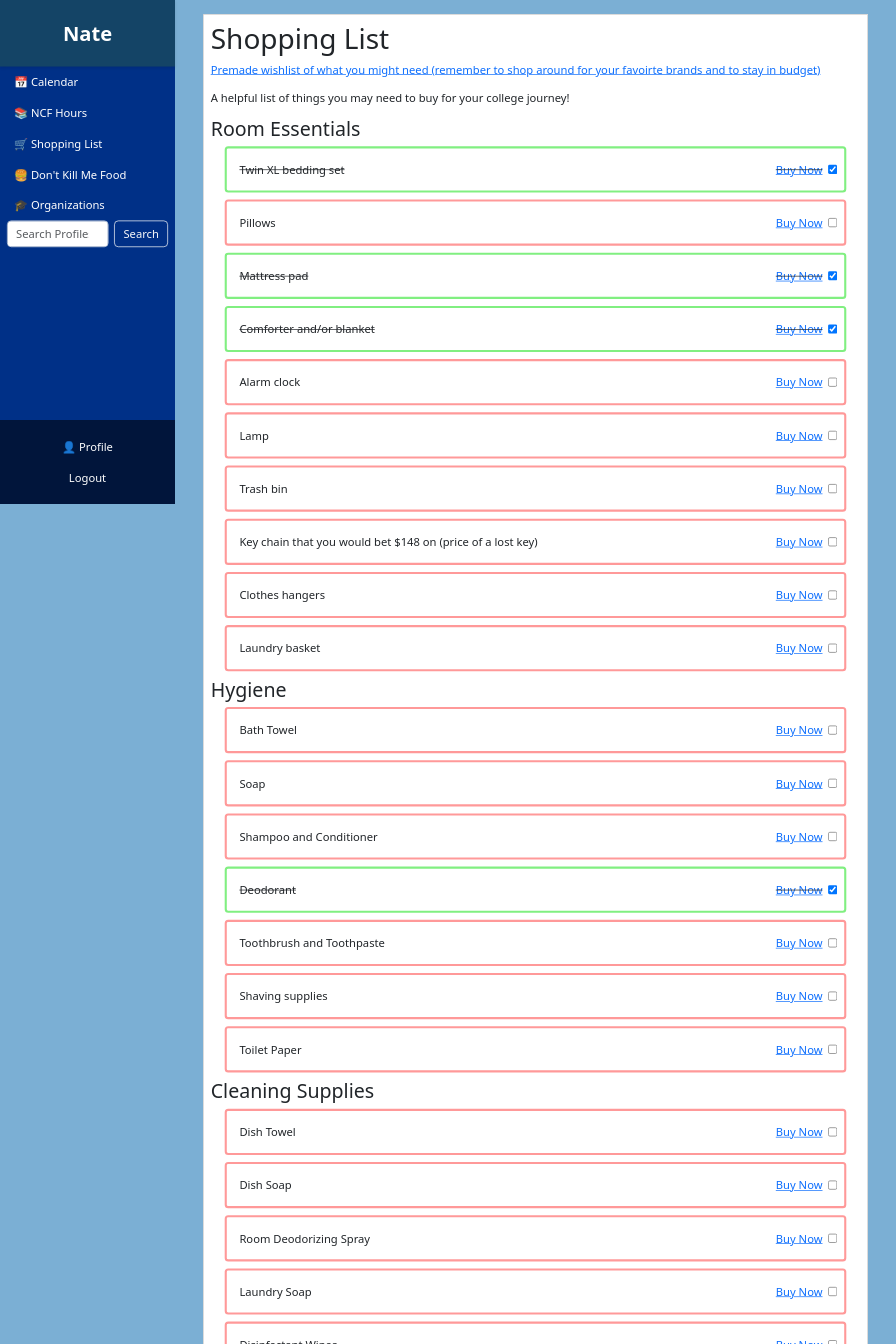
Repository: NateClarkTech/SoftwareEngineeringProject2
Page: http://localhost/shoppinglist/
These files come from the project's save history. The page is drawn as it stood at one moment and after the next save; the edit follows.
The browser window is 1280 px wide. The pictures show the part of the page from y = 0 to 1920 px (the page is 4375 px tall before and 4273 px after), at 70% of full size.
The page is served by the project's application, run on Django 5.2 (manage.py). The first stored user is signed in. The page reads the database file committed with the project.

Above is the page before, as saved 2024-03-12 17:54:52.

After the next save:
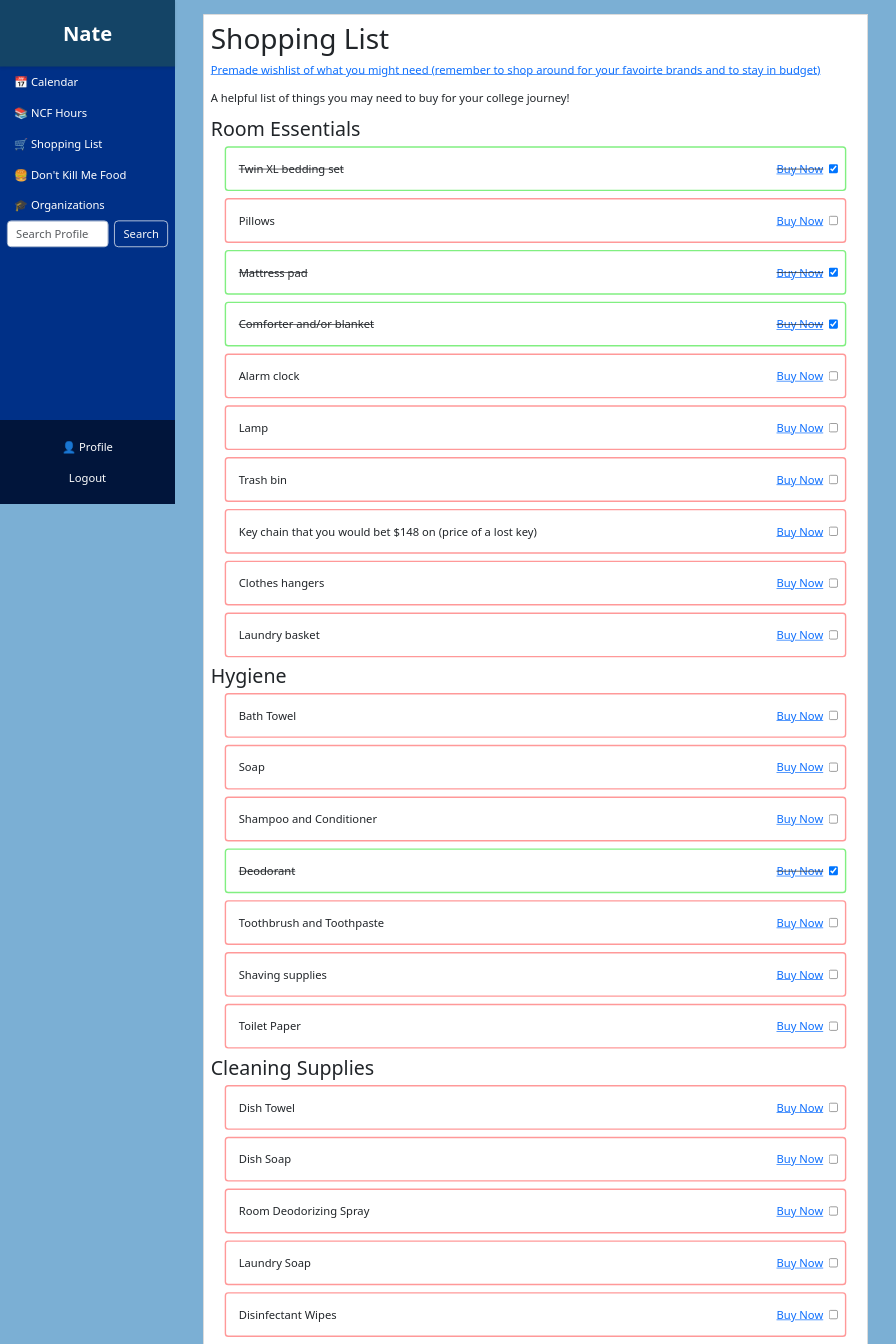
Saved 45 s later.
--- a/ShoppingList/templates/shoppinglist.html
+++ b/ShoppingList/templates/shoppinglist.html
@@ -19,14 +19,14 @@
         text-decoration: line-through;
         border-color: #81ef81;
         border-radius: 5px;
-        border-width: 3px;
+        border-width: 2px;
     }
 
     .not-checked {
         text-decoration: none;
         border-color: #ff9999;
         border-radius: 5px;
-        border-width: 3px;
+        border-width: 2px;
     }
 </style>
 {% endblock %}

After the save that followed:
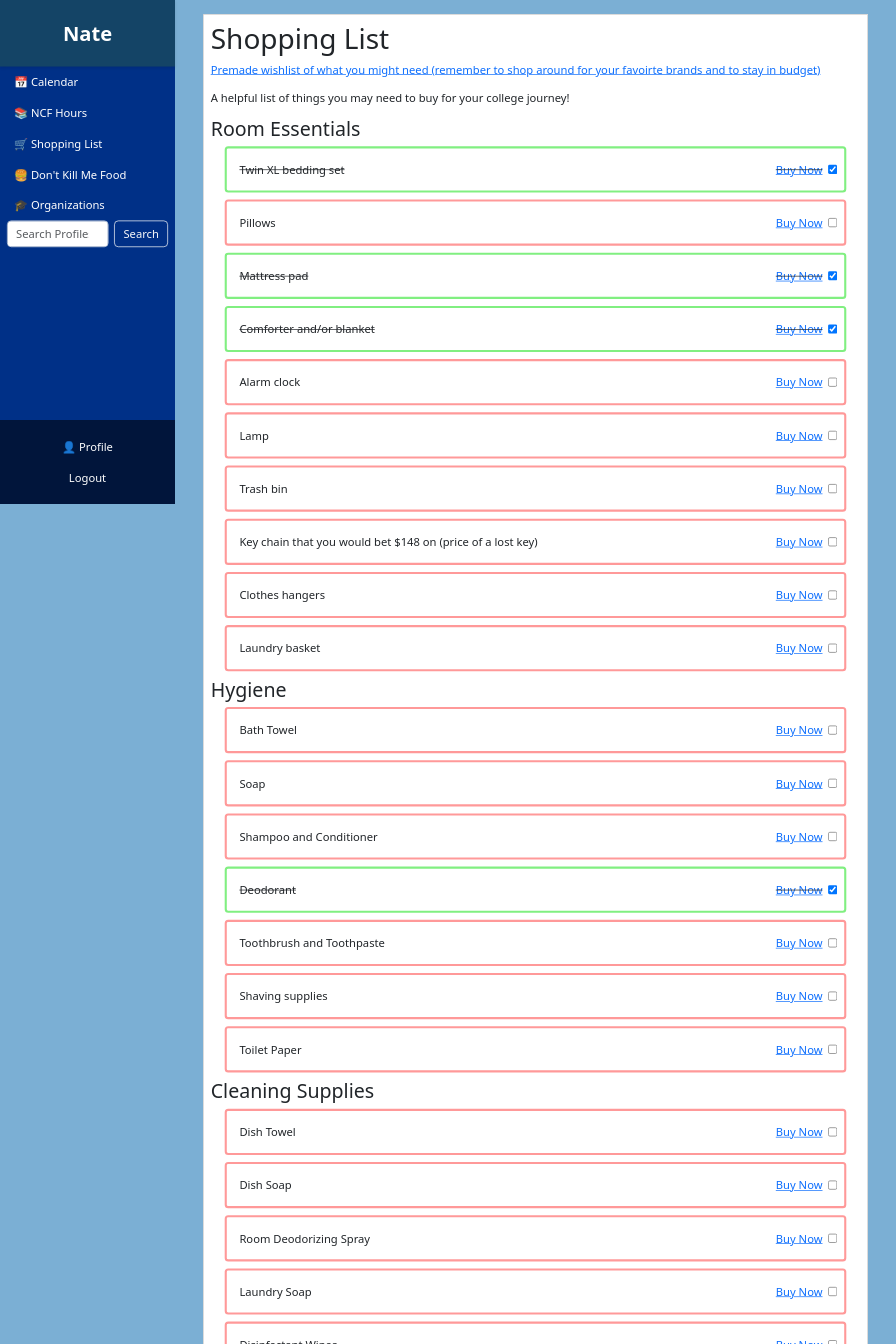
Saved 12 s later.
--- a/ShoppingList/templates/shoppinglist.html
+++ b/ShoppingList/templates/shoppinglist.html
@@ -19,14 +19,14 @@
         text-decoration: line-through;
         border-color: #81ef81;
         border-radius: 5px;
-        border-width: 2px;
+        border-width: 3px;
     }
 
     .not-checked {
         text-decoration: none;
         border-color: #ff9999;
         border-radius: 5px;
-        border-width: 2px;
+        border-width: 3px;
     }
 </style>
 {% endblock %}
